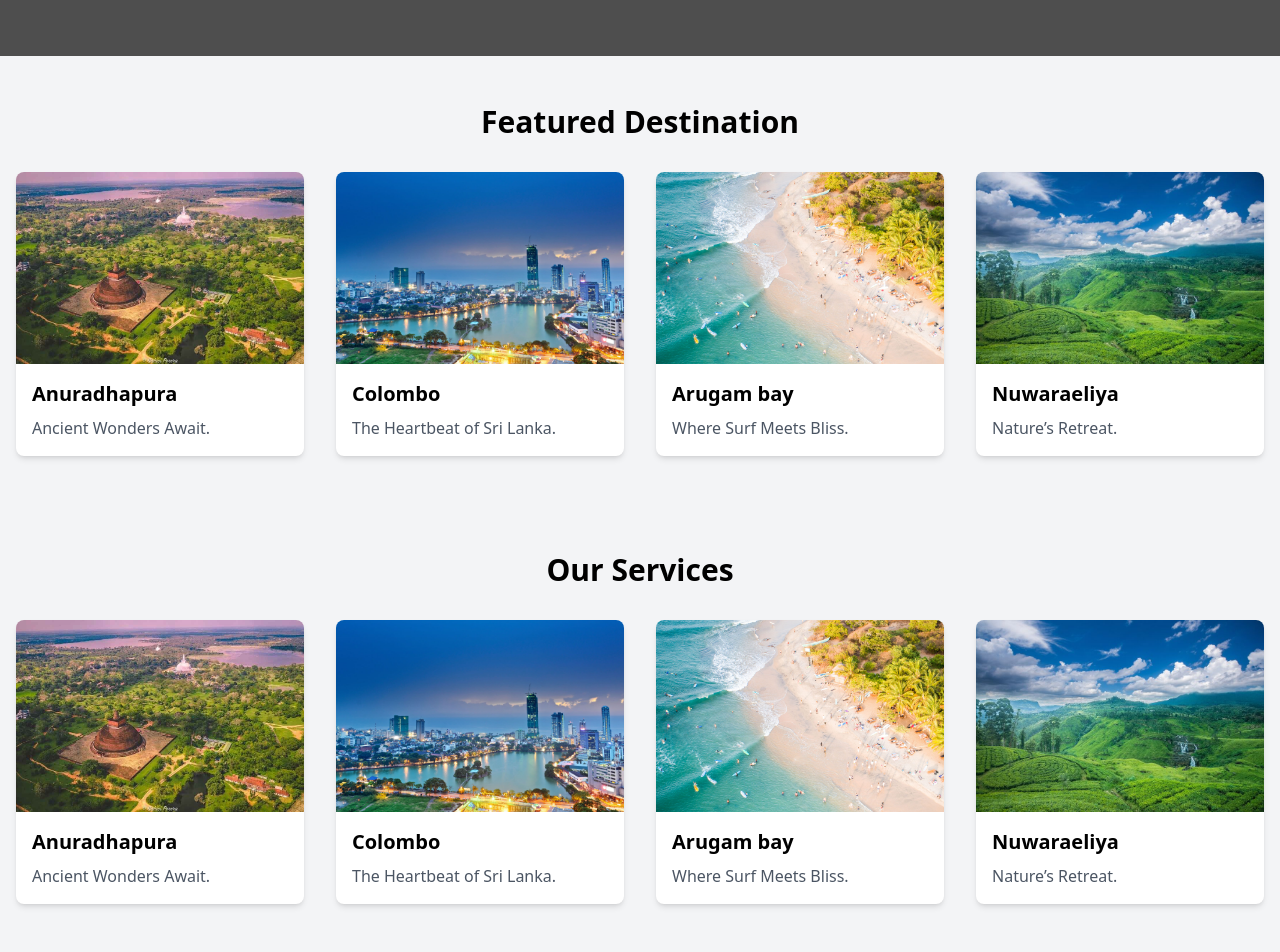
Repository: thisara199/Travel-Agency-Website
Page: /
These files come from the project's save history. The page is drawn as it stood at one moment and after the next save; the edit follows.
The browser window is 1280 px wide. The pictures show the part of the page from y = 664 to 1616 px (the page is 1616 px tall).
Pictures or frames that could not be fetched are drawn as grey boxes. The project was rebuilt for these pictures with package versions that can differ from the ones it lists, and the page was loaded fresh each time. Also part of the build but not shown: vite.config.js.

Above is the page before, as saved 2024-09-04 05:19:33.

After the next save:
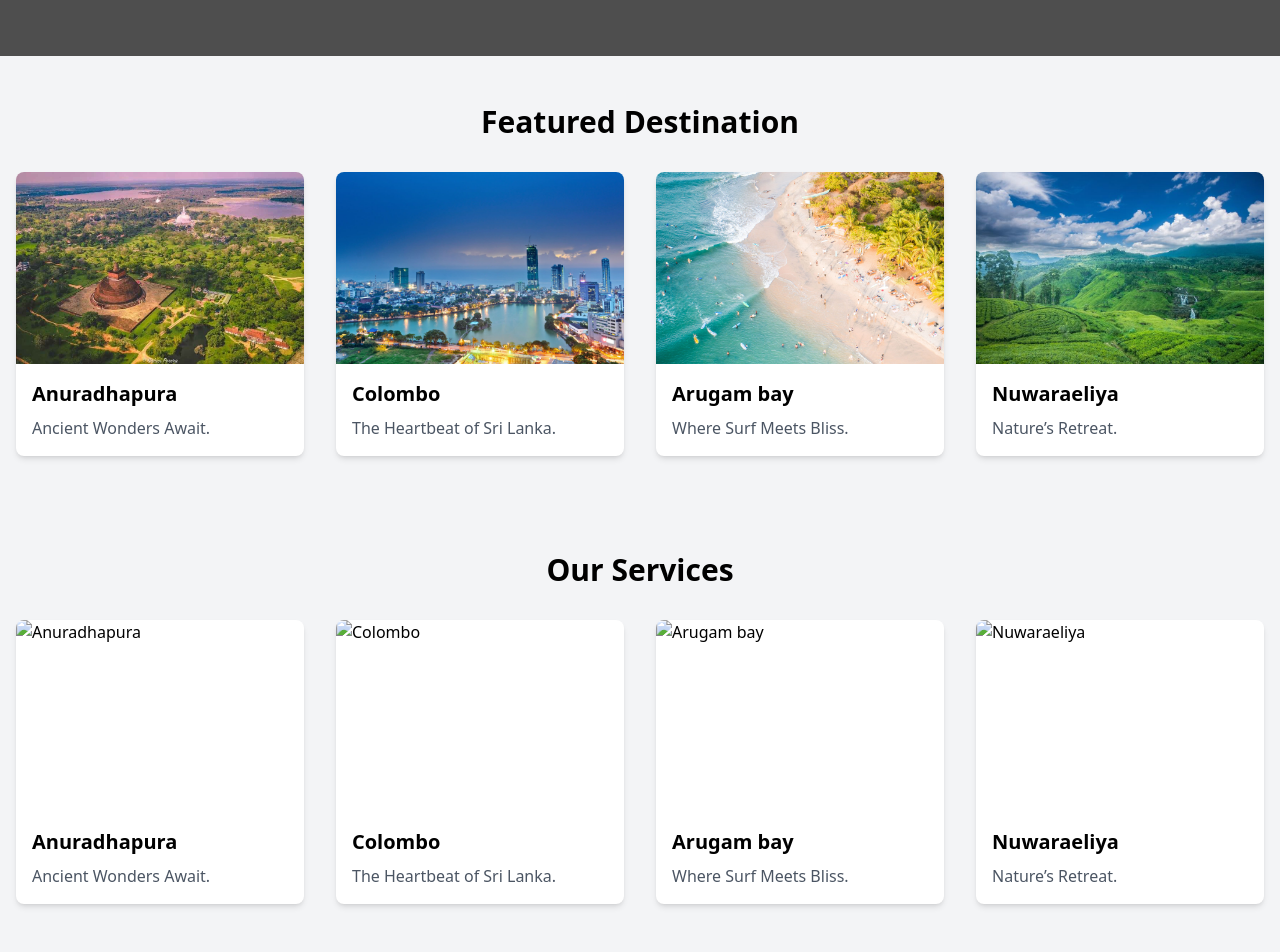
Saved 46 s later.
--- a/src/components/Services/Services.jsx
+++ b/src/components/Services/Services.jsx
@@ -35,7 +35,7 @@ const Services = () => {
         <div className='grid gap-8 sm:grid-cols-2 lg:grid-cols-3 xl:grid-cols-4'>
           {OurServices.map((OurServices) => (
             <div key={OurServices.title} className='overflow-hidden bg-white rounded-lg shadow-md cursor-pointer'>
-              <img src={OurServices.image} alt={OurServices.title} className='object-cover w-full h-48 transition duration-300 transform hover:scale-110'/>
+              <img src={OurServices.icon} alt={OurServices.title} className='object-cover w-full h-48 transition duration-300 transform hover:scale-110'/>
               <div className='p-4'>
               <h3 className='mb-2 text-xl font-bold'>{OurServices.title}</h3>
               <p className='text-gray-600'>{OurServices.description}</p>

After the save that followed:
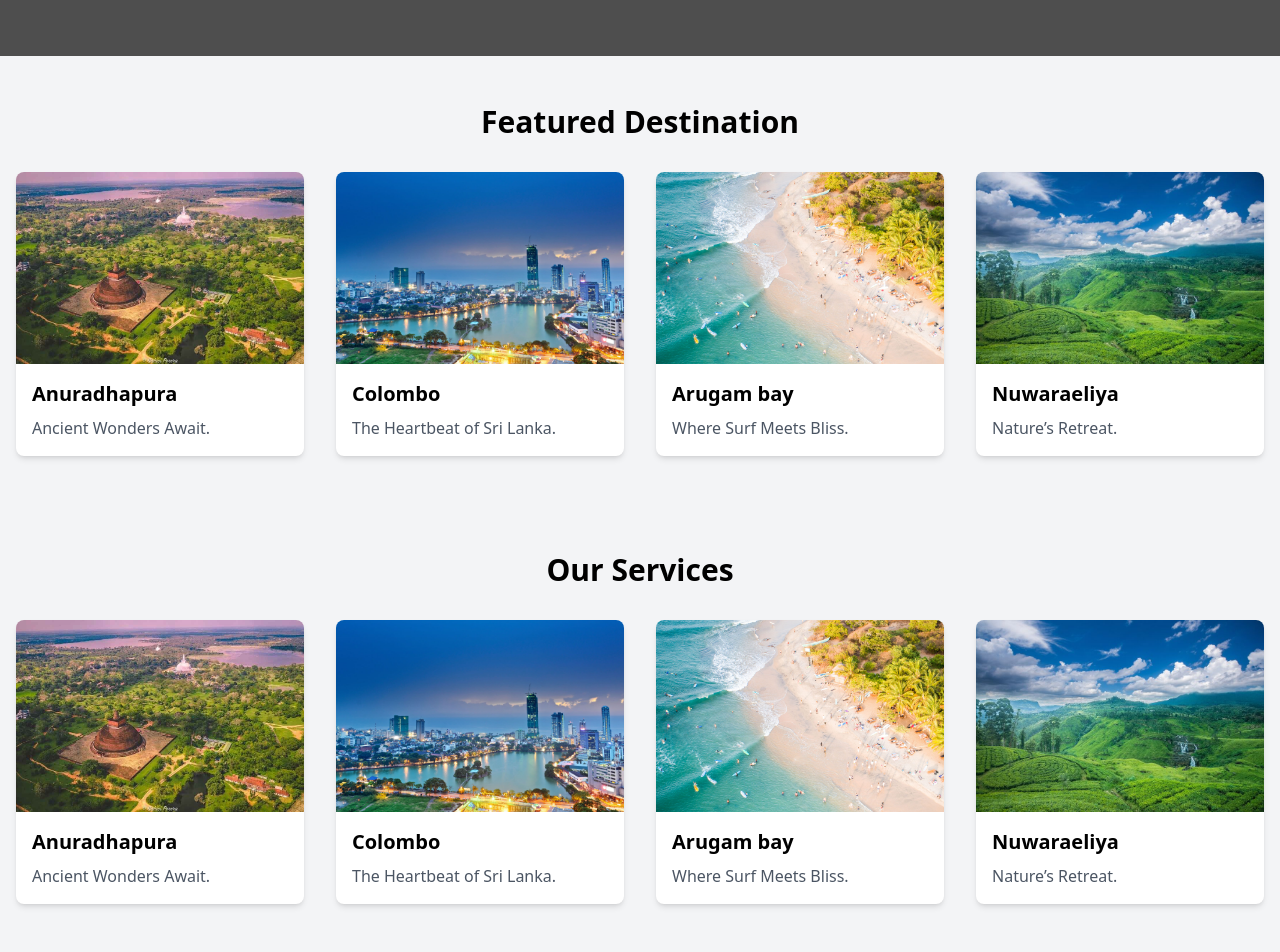
Saved 15 s later.
--- a/src/components/Services/Services.jsx
+++ b/src/components/Services/Services.jsx
@@ -6,22 +6,22 @@ import Img4 from '../../assets/FeaturedDestination/Nuwaraeliya.jpeg'
 
 const OurServices = [
   {
-    image: Img1,
+    icon: Img1,
     title: 'Anuradhapura',
     description: 'Ancient Wonders Await.',
   },
   {
-    image: Img2,
+    icon: Img2,
     title: 'Colombo',
     description: 'The Heartbeat of Sri Lanka.',
   },
   {
-    image: Img3,
+    icon: Img3,
     title: 'Arugam bay',
     description: 'Where Surf Meets Bliss.',
   },
   {
-    image: Img4,
+    icon: Img4,
     title: 'Nuwaraeliya',
     description: 'Nature’s Retreat.',
   },
